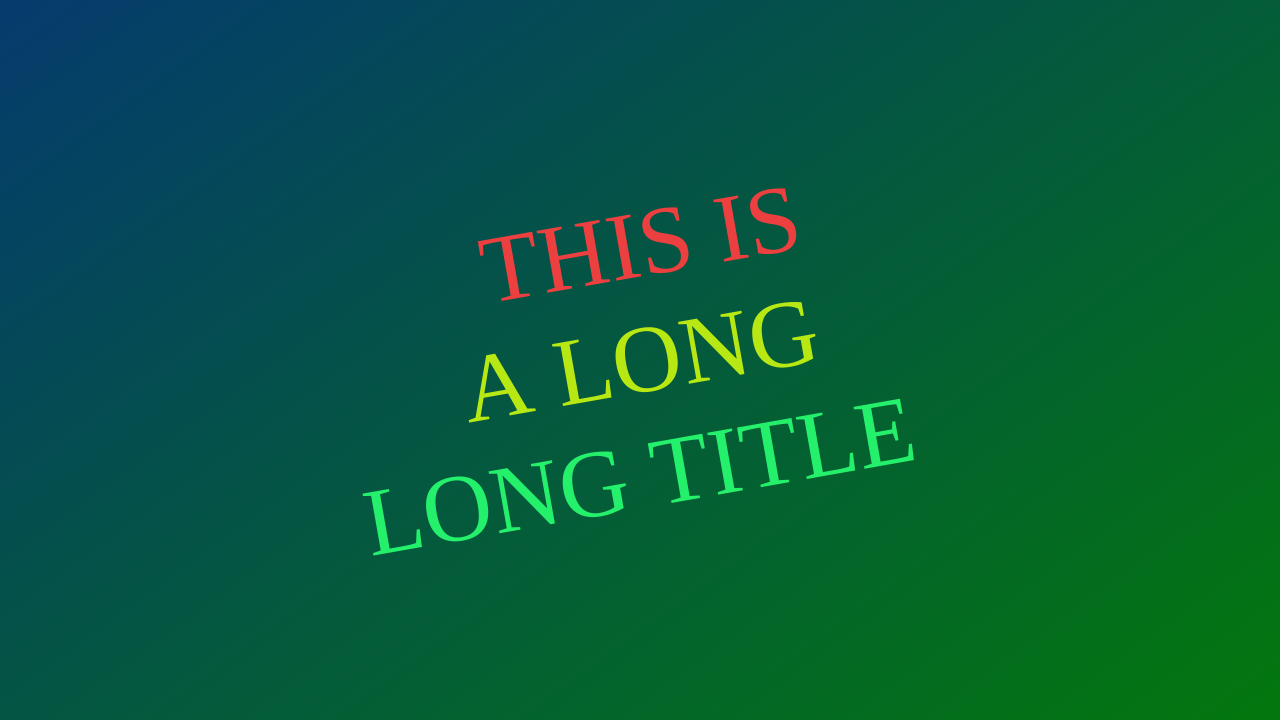
Repository: zuuo/--
Page: 文字入场动画1/index.html
These files come from the project's save history. The page is drawn as it stood at one moment and after the next save; the edit follows.
The browser window is 1280 px wide. The pictures show the whole page.
The style sheet was rebuilt from its Sass, Less or Tailwind sources for each picture, by a compiler version that may differ from the author's.

Above is the page before, as saved 2024-03-03 21:14:51.

After the next save:
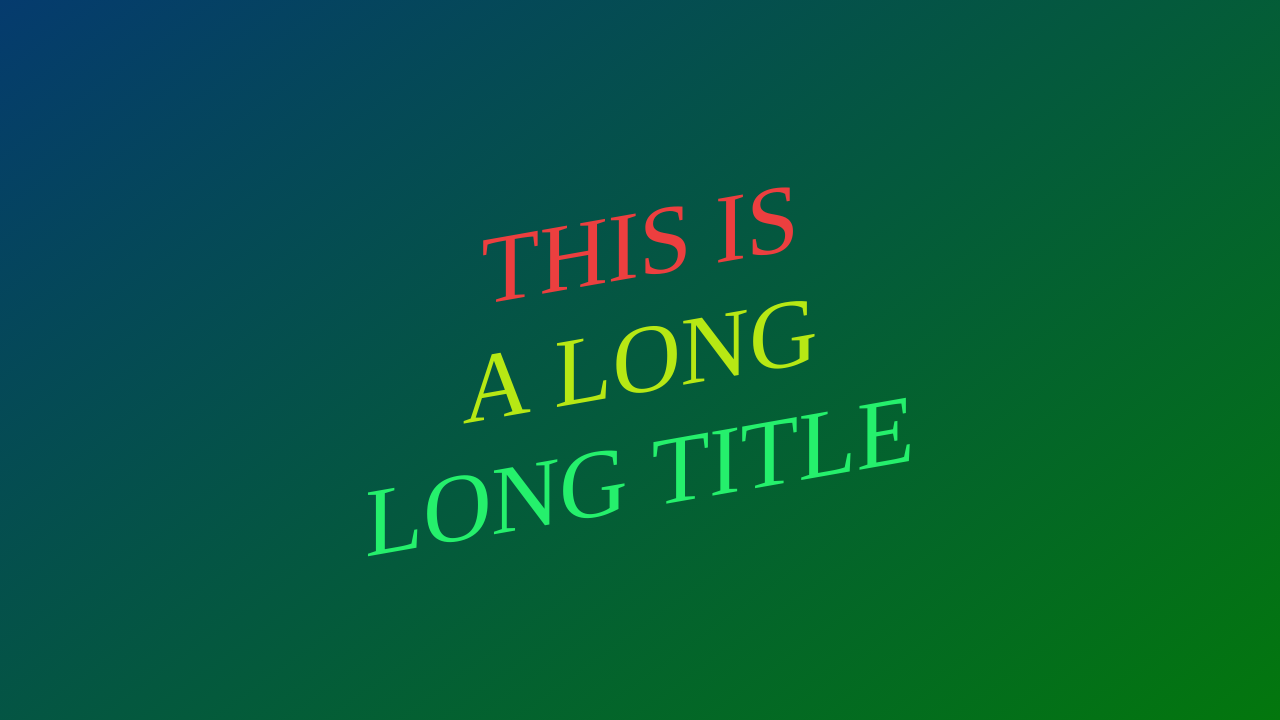
Saved 32 s later.
--- a/文字入场动画1/style.less
+++ b/文字入场动画1/style.less
@@ -32,6 +32,6 @@ body {
     }
 
     span {
-        // transform: skew(10deg);
+        transform: skew(-10deg);
     }
 }
